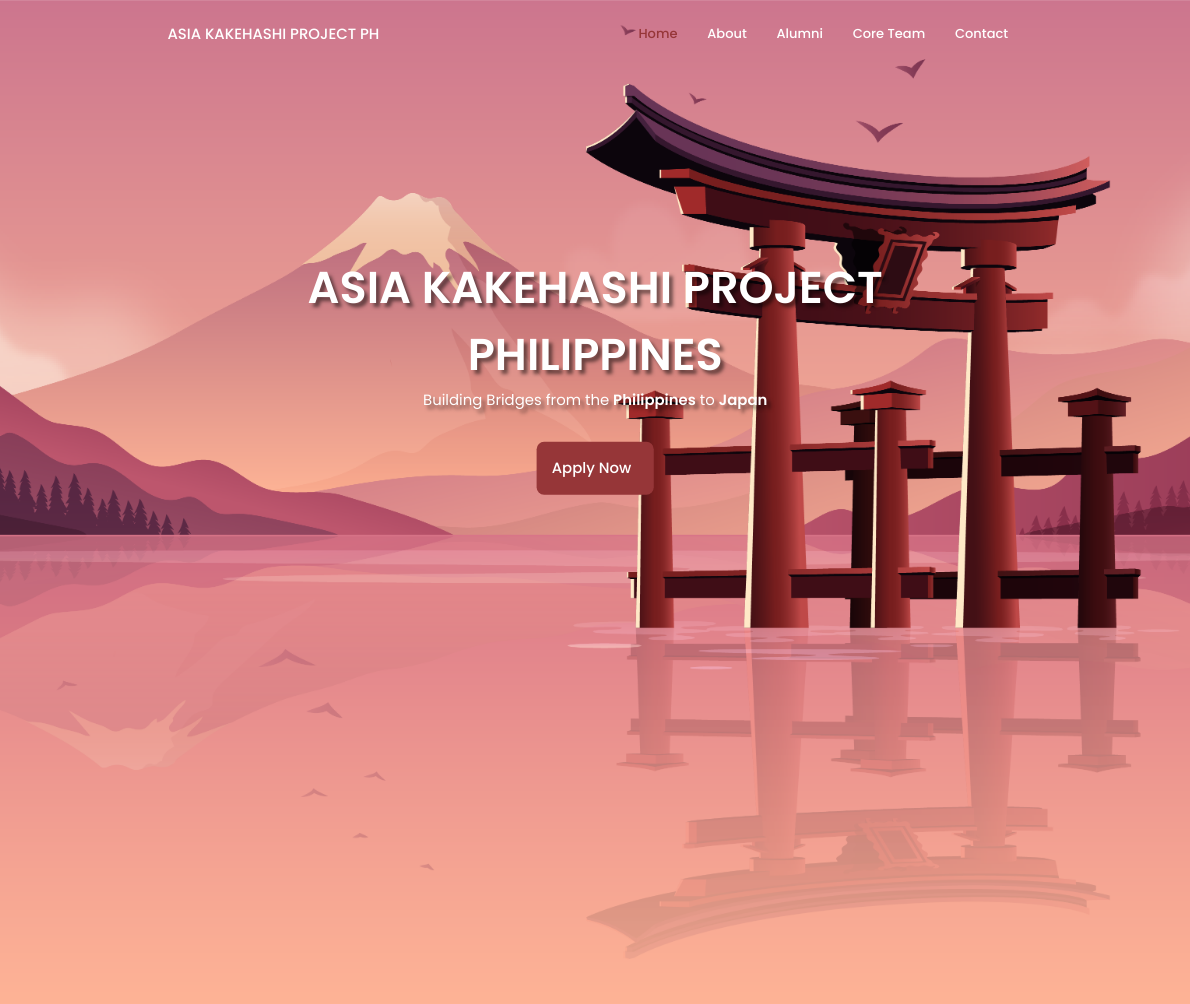
Repository: Aishie123/AKP-PH
Page: index.html
The author's editor kept a copy of each file at every save. The page is drawn from the files as they stood at one save, then again after the next save.
The browser window is 1280 px wide. The pictures show the whole page, at 93% of full size.
Some icons come from a web library that is not loaded, so they are not drawn.

Above is the page before, as saved 2024-02-18 00:10:41.

After the next save:
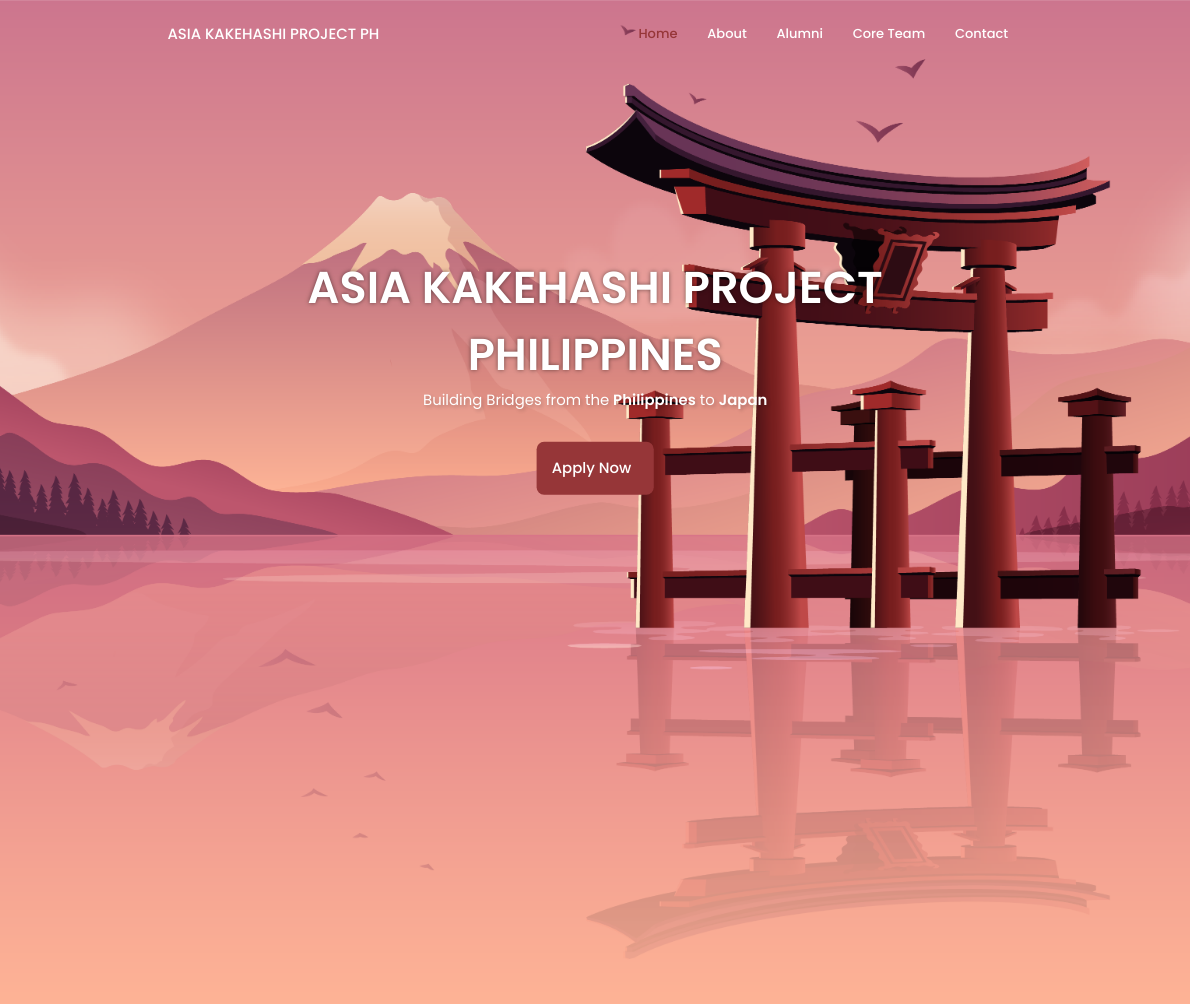
Saved 62 s later.
--- a/assets/css/styles.css
+++ b/assets/css/styles.css
@@ -328,7 +328,7 @@
   .home__title{
     font-size: var(--big-font-size);
     text-align: center;
-    text-shadow: 4px 4px 4px rgba(0, 0, 0, 0.5); /* Adjust the shadow properties as needed */
+    text-shadow: 0px 0px 5px rgba(0, 0, 0, 0.5); /* Adjust the shadow properties as needed */
   }
 
   .home__subtitle{
@@ -341,7 +341,7 @@
   .home__description{
     text-align: center;
     margin-bottom: var(--mb-2);
-    text-shadow: 4px 4px 4px rgba(0, 0, 0, 0.5); /* Adjust the shadow properties as needed */
+    text-shadow: 2px 2px 4px rgba(0, 0, 0, 0.2); /* Adjust the shadow properties as needed */
   }
 
   .home__scroll{
